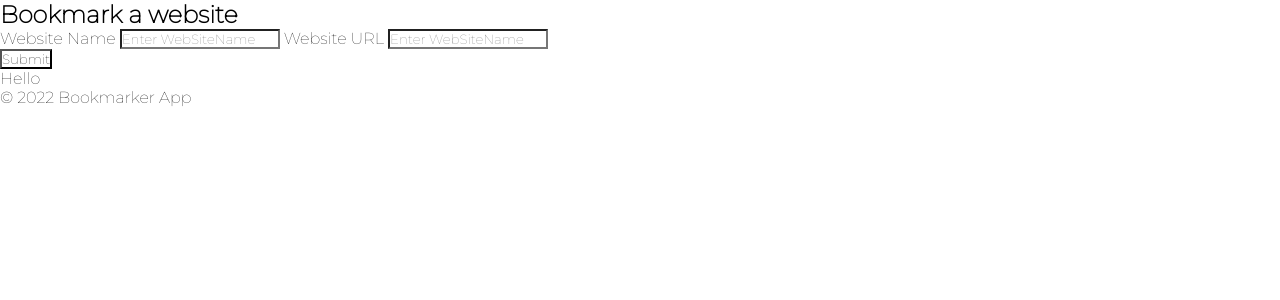
Repository: Suporl9/BookMarkerApp
Page: index.html
The author's editor kept a copy of each file at every save. The page is drawn from the files as they stood at one save, then again after the next save.
The browser window is 1280 px wide. The pictures show the whole page.

Above is the page before, as saved 2021-11-21 17:22:35.

After the next save:
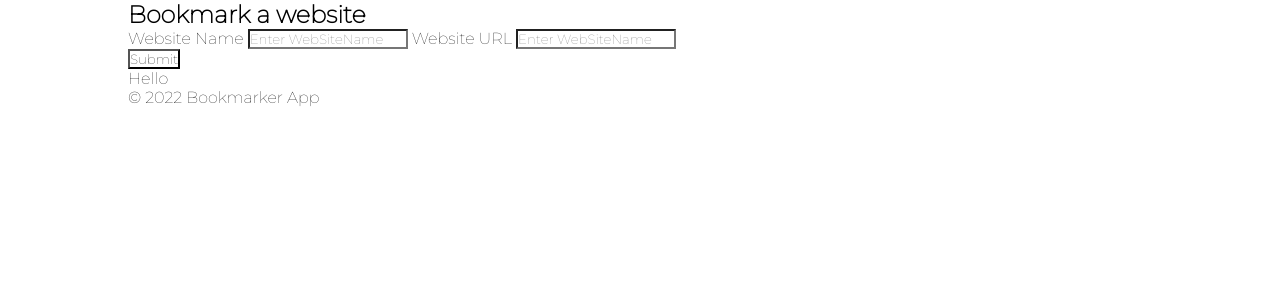
Saved 22 s later.
--- a/style.css
+++ b/style.css
@@ -11,3 +11,7 @@
   padding: 0;
   /* border: none; */
 }
+.container {
+  margin: auto;
+  width: 80%;
+}
